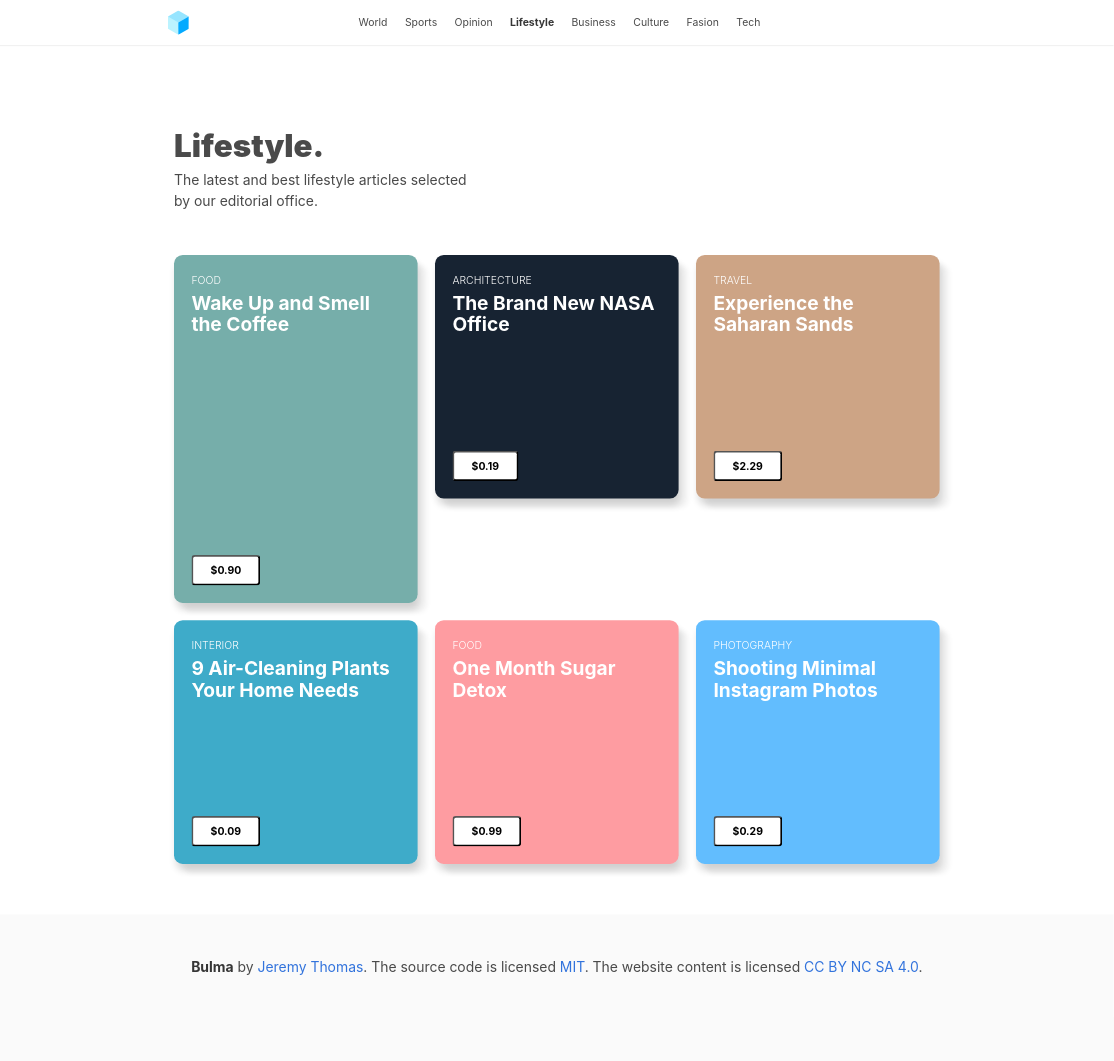
Repository: DOODpls/js_ass1
Page: index.html
The author's editor kept a copy of each file at every save. The page is drawn from the files as they stood at one save, then again after the next save.
The browser window is 1280 px wide. The pictures show the whole page, at 87% of full size.

Above is the page before, as saved 2019-11-22 19:06:28.

### index.html
<!DOCTYPE html>
<html>
<head>
    <title></title>
    <link rel="stylesheet" href="https://cdnjs.cloudflare.com/ajax/libs/bulma/0.7.5/css/bulma.min.css" integrity="sha256-vK3UTo/8wHbaUn+dTQD0X6dzidqc5l7gczvH+Bnowwk=" crossorigin="anonymous" />
    <link rel="stylesheet" type="text/css" href="./styles.css">
</head>
<body>

    <nav class="navbar">
        <div class="container">
            <div class="logo"></div>
            <ul>
                <li>World</li>
                <li>Sports</li>
                <li>Opinion</li>
                <li><strong>Lifestyle</strong></li>
                <li>Business</li>
                <li>Culture</li>
                <li>Fasion</li>
                <li>Tech</li>
            </ul>
            <span class="icon">
              <i class="ion-ionic" style='color: black; background: black;'></i>
            </span>
        </div>
    </nav>

    <section class="section">
        <div class="container">
            <div style='margin: 40px 10px 40px'>
                <h1>Lifestyle.</h1>
                <p>The latest and best lifestyle articles selected<br/>
                    by our editorial office.
                </p>
            </div>
        </div>
        <div class="container">
            <div class='card-row' id='content'></div>
        </div>
    </section>

    <footer class="footer">
        <div class="content has-text-centered">
            <p>
                <strong>Bulma</strong> by <a href="https://jgthms.com">Jeremy Thomas</a>. The source code is licensed
                <a href="http://opensource.org/licenses/mit-license.php">MIT</a>. The website content
                is licensed <a href="http://creativecommons.org/licenses/by-nc-sa/4.0/">CC BY NC SA 4.0</a>.
            </p>
        </div>
    </footer>

    <script type="text/javascript" src='./app.js'></script>
</body>
</html>

### styles.css
/* - - - - - - - - - - - - - - - - - - - - - - - - - - - - - -
GENERAL
- - - - - - - - - - - - - - - - - - - - - - - - - - - - - - */
h1 {
    font-size: 36px;
    font-weight: 900;
}

.container {
    max-width: 900px;
}

/* - - - - - - - - - - - - - - - - - - - - - - - - - - - - - -
NAV
- - - - - - - - - - - - - - - - - - - - - - - - - - - - - - */
nav {
    border-bottom: 1px solid #ededed;
}

.navbar > .container {
    display: flex;
    align-items: center;
    justify-content: space-between;
}

nav .container ul {
    display: flex;
}

nav .container ul li {
    margin: 0 10px;
    font-size: 12px;
}

.logo {
    background: url('./img/logo.svg');
    background-size: 24px;
    background-position: center;
    background-repeat: no-repeat;

    height: 30px;
    width: 30px;
}

@media (max-width: 600px) {
    nav .container {
        padding: 0 30px;
    }

    nav .container ul {
        display: none;
    }
}

/* TILES */
.card-row {
    display: flex;
    flex-wrap: wrap;
}

.card {
    height: 280px;
    border-radius: 10px;
    background: rgba(23, 35, 50, 1);
    flex: 1 230px;
    margin: 10px;
    padding: 20px;
    position: relative;
    box-shadow: 2px 8px 9px 0px rgba(0, 0, 0, 0.14),
        11px 11px 6px rgba(0, 0, 0, 0.05);
}

.card .buy-button {
    position: absolute;
    bottom: 20px;
    left: 20px;
    background: white;
    color: black;
    border-radius: 4px;
    padding: 8px 20px;
    font-size: 12px;
    font-weight: 700;
}

.card .topic {
    color: white;
    font-weight: 300;
    font-size: 12px;
    text-transform: uppercase;
    margin-bottom: 5px;
}
.card .title {
    color: white;
    font-weight: 700;
    font-size: 22px;
}

### app.js
const green = 'rgba(118,174, 170, 1)'
const black = 'rgba(23,35, 50, 1)'
const brown = 'rgba(205,164, 133, 1)'
const greenblue = 'rgba(62,171, 201, 1)'
const pink = 'rgba(254,156, 161, 1)'
const blue = 'rgba(98,189, 254, 1)'

const data = [
    {
        topic: 'Food',
        title: 'Wake Up and Smell the Coffee',
        price: '$0.90',
        color: green
    },
    {
        topic: 'Architecture',
        title: 'The Brand New NASA Office',
        price: '$0.19',
        color: black
    },
    {
        topic: 'Travel',
        title: 'Experience the Saharan Sands',
        price: '$2.29',
        color: brown
    },
    {
        topic: 'Interior',
        title: '9 Air-Cleaning Plants Your Home Needs',
        price: '$0.09',
        color: greenblue
    },
    {
        topic: 'Food',
        title: 'One Month Sugar Detox',
        price: '$0.99',
        color: pink
    },
    {
        topic: 'Photography',
        title: 'Shooting Minimal Instagram Photos',
        price: '$0.29',
        color: blue
    }
]

// Instructions
// Take the data above and display it as tiles on the page
        //tried to do sort, but i suck
        // const button1 = document.querySelector('body section .container')
        // const btn1 = document.createElement('button')
        // btn1.className= 'buy-button'
        // btn1.id = "butt1"
        // button1.appendChild(btn1)

        // function sort1(){
        //     data.sort((a, b) => (a.topic > b.topic) ? 1 : -1)
        // }

        // const button2 = document.querySelector('#butt1')
        // button2.addEventListener('click', function(event) {
        //     sort1()
        // })

    for(i=0; i<data.length; i++){
        let heig
        if(i == 0 && 5){
            heig = '400px'
        }

        const tilers = document.querySelector('#content')
        const divr = document.createElement('div')
        divr.className= 'card'
        divr.style.backgroundColor = data[i].color
        divr.style.height = heig
        divr.id = 'divtile'+ i
        tilers.appendChild(divr)

        const p1 = document.querySelector('#divtile'+i)
        const pr1 = document.createElement('p')
        pr1.textContent = data[i].topic
        pr1.className= 'topic'
        p1.appendChild(pr1)

        const p2 = document.querySelector('#divtile'+i)
        const pr2 = document.createElement('p')
        pr2.textContent = data[i].title
        pr2.className= 'title'
        p2.appendChild(pr2)

        const btn1 = document.querySelector('#divtile'+i)
        const btr2 = document.createElement('button')
        btr2.textContent = data[i].price
        btr2.className= 'buy-button'
        btn1.appendChild(btr2)
    }

    // data.forEach(function(item)
    // {
    //     const tilers = document.querySelector('#content')
    //     const divr = document.createElement('div')
    //     divr.className = 'card'
    //     divr.style.backgroundColor = item.color
    //     tilers.appendChild(divr)

    //     const pr1 = document.createElement('p')
    //     pr1.textContent = item.topic
    //     pr1.className= 'topic'
    //     divr.appendChild(pr1)

    //     const pr2 = document.createElement('p')
    //     pr2.textContent = item.title
    //     pr2.className= 'title'
    //     divr.appendChild(pr2)

    //     const btr2 = document.createElement('button')
    //     btr2.textContent = item.price
    //     btr2.className= 'buy-button'
    //     divr.appendChild(btr2)
    // })


    //this one also works lolllll
    // data.forEach(function(items)
    // {
    // //   document.getElementById('content').innerHTML += '<div class="card" style="background-color:'+items.color+'"><p class="topic">'+items.topic+'</p><p class="title">'+items.title+'</p><button class="buy-button">'+items.price+'</button></div>';
    // })

After the next save:
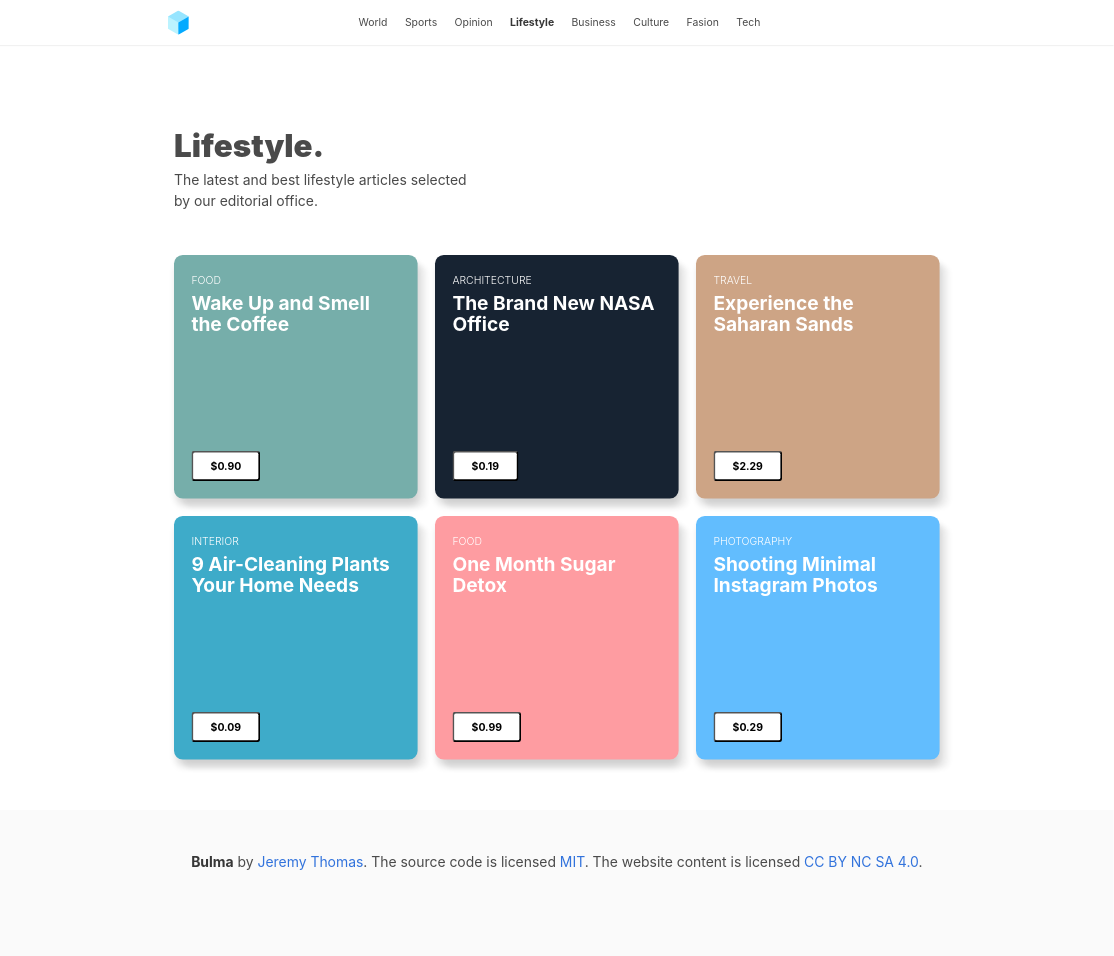
Saved 9 s later.
--- a/app.js
+++ b/app.js
@@ -64,7 +64,7 @@
 
     for(i=0; i<data.length; i++){
         let heig
-        if(i == 0 && 5){
+        if(i == 0 && i == 5){
             heig = '400px'
         }
 

After the 2 saves that followed:
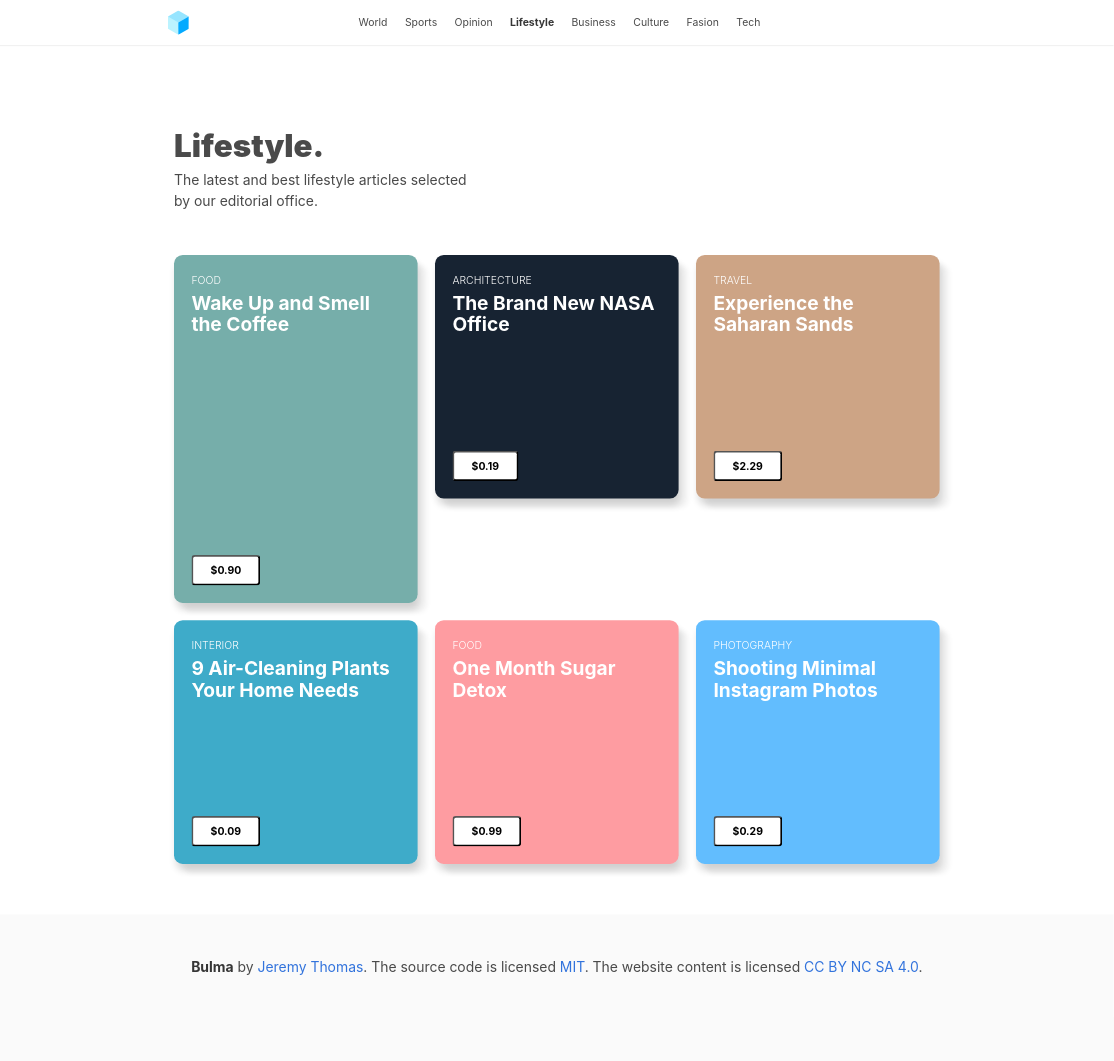
The 2 saves are shown as one change because 1 left the picture as it was.
The last was saved 42 s later.
--- a/app.js
+++ b/app.js
@@ -64,8 +64,10 @@
 
     for(i=0; i<data.length; i++){
         let heig
-        if(i == 0 && i == 5){
+        if(i == 0 && 5){
             heig = '400px'
+        } else {
+          heig = '280px'
         }
 
         const tilers = document.querySelector('#content')
